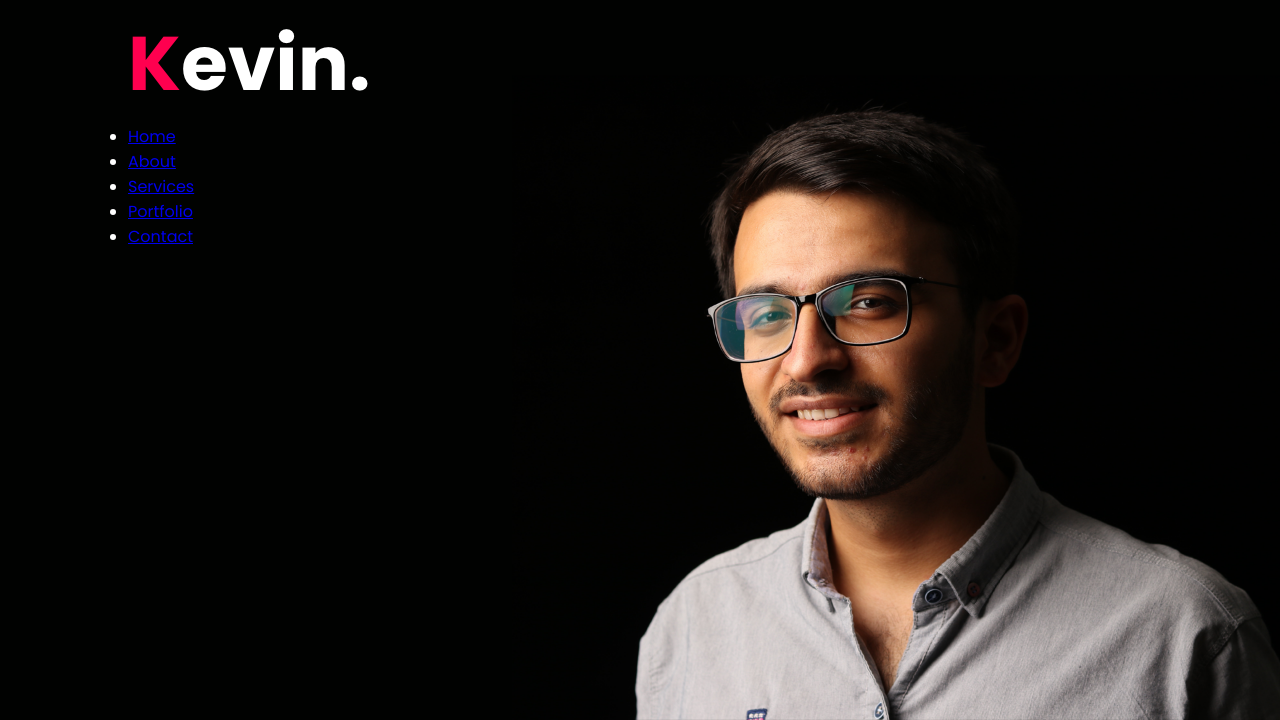
Repository: bryanbraide/Profile-card
Page: index.html
An editor plug-in stored every save of this project. The page is shown before and after a run of saves, followed by the edit.
The browser window is 1280 px wide. The pictures show the whole page.

Above is the page before, as saved 2025-06-09 11:59:59.

After the next 6 saves:
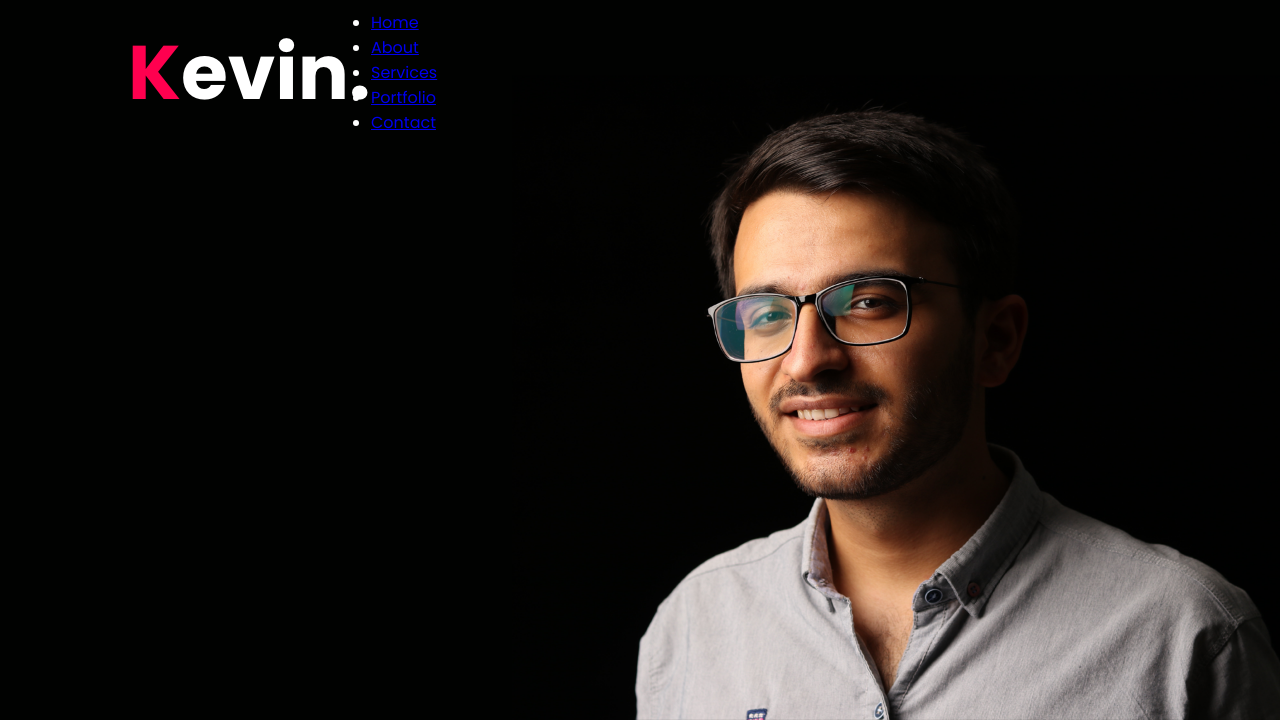
The 6 saves are shown as one change because they came seconds apart.
The last was saved 17 s later.
--- a/style.css
+++ b/style.css
@@ -20,5 +20,6 @@
 }
 
 nav {
-  display: ;
+  display: flex;
+  align-items: center;
 }
